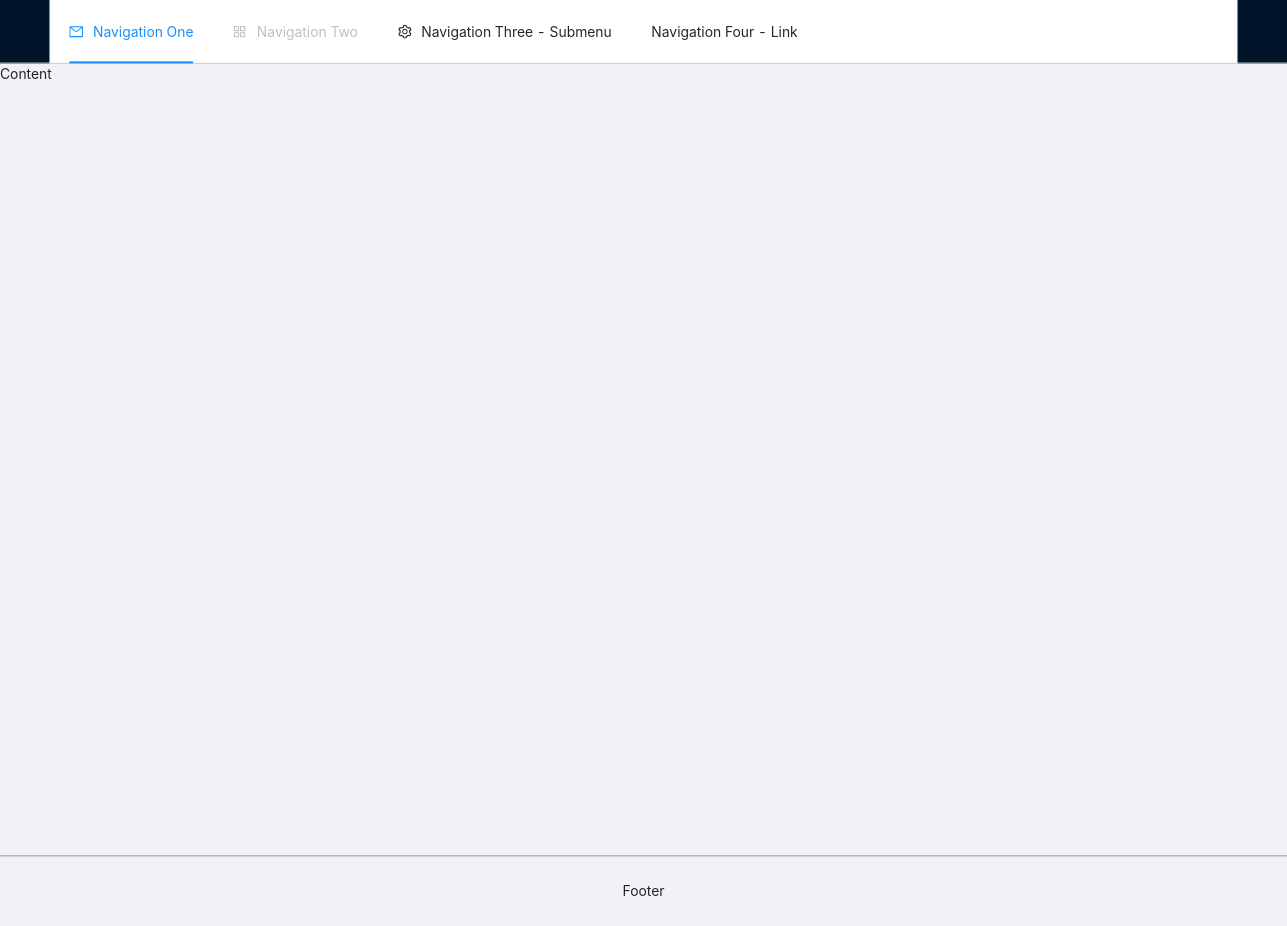
Repository: ohayo-aidi/news-site
Page: /
The author's editor kept a copy of each file at every save. The page is drawn from the files as they stood at one save, then again after a run of saves.
The browser window is 1280 px wide. The page is 1300 px wide, so the pictures cover 1300 px, including what lies to the right of the window. The pictures show the whole page, at 99% of full size.
The project was rebuilt for these pictures with package versions that can differ from the ones it lists, and the page was loaded fresh each time.

Above is the page before, as saved 2022-10-15 11:28:01.

### src/index.js
import React from 'react';
import ReactDOM from 'react-dom/client';
import App from './App';
import reportWebVitals from './reportWebVitals';
import "antd/dist/antd.css";

const root = ReactDOM.createRoot(document.getElementById('root'));
root.render(
  <React.StrictMode>
    <App />
  </React.StrictMode>
);

// If you want to start measuring performance in your app, pass a function
// to log results (for example: reportWebVitals(console.log))
// or send to an analytics endpoint. Learn more: https://bit.ly/CRA-vitals
reportWebVitals();

### src/App.js
import { Layout } from "antd";
import AppHeader from "./components/Header";
import './style.css'
const { Header, Footer, Content } = Layout;
function App() {
  return (
    <div>
      <Layout style={{ minWidth: 1300 }}>
        <Header className="header">
          <AppHeader/>
        </Header>
        <Content className="content">Content</Content>
        <Footer className="footer">Footer</Footer>
      </Layout>
    </div>
  );
}

export default App;

### src/components/Header/index.js
import {
  AppstoreOutlined,
  MailOutlined,
  SettingOutlined,
} from "@ant-design/icons";
import { Menu } from "antd";
import React, { useState, Component, Fragment } from "react";
import logo from "./logo.png";

const items = [
  {
    label: "Navigation One",
    key: "mail",
    icon: <MailOutlined />,
  },
  {
    label: "Navigation Two",
    key: "app",
    icon: <AppstoreOutlined />,
    disabled: true,
  },
  {
    label: "Navigation Three - Submenu",
    key: "SubMenu",
    icon: <SettingOutlined />,
    children: [
      {
        type: "group",
        label: "Item 1",
        children: [
          {
            label: "Option 1",
            key: "setting:1",
          },
          {
            label: "Option 2",
            key: "setting:2",
          },
        ],
      },
      {
        type: "group",
        label: "Item 2",
        children: [
          {
            label: "Option 3",
            key: "setting:3",
          },
          {
            label: "Option 4",
            key: "setting:4",
          },
        ],
      },
    ],
  },
  {
    label: (
      <a href="https://ant.design" target="_blank" rel="noopener noreferrer">
        Navigation Four - Link
      </a>
    ),
    key: "alipay",
  },
];
const AppHeader = () => {
  const [current, setCurrent] = useState("mail");
  const onClick = (e) => {
    console.log("click ", e);
    setCurrent(e.key);
  };
  return (
    <Fragment>
      {/* <img src={logo} className="app-header-logo" /> */}
      <Menu
        onClick={onClick}
        selectedKeys={[current]}
        mode="horizontal"
        items={items}
      />
    </Fragment>
  );
};
export default AppHeader;

### src/style.css
.header {
    background: #fff;
    border-bottom: 1px solid #999;
}

.content {
    min-height: 800px !important;
}

.footer {
    text-align: center;
    border-top: 1px solid #999;
}

Loaded but not shown: public/index.html (common file); src/reportWebVitals.js (common file)

After the next 2 saves:
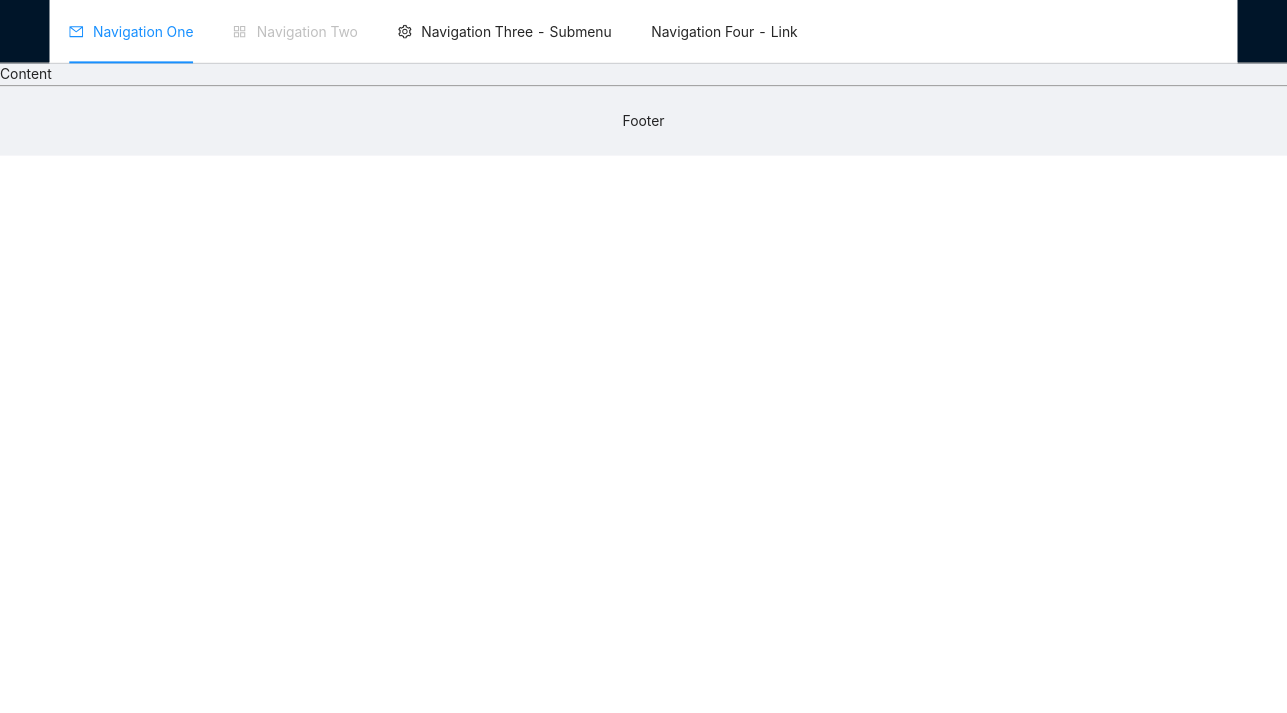
The 2 saves are shown as one change because they came seconds apart.
The last was saved 16 s later.
--- a/src/style.css
+++ b/src/style.css
@@ -4,7 +4,7 @@
 }
 
 .content {
-    min-height: 800px !important;
+    min-height: 80% !important;
 }
 
 .footer {
